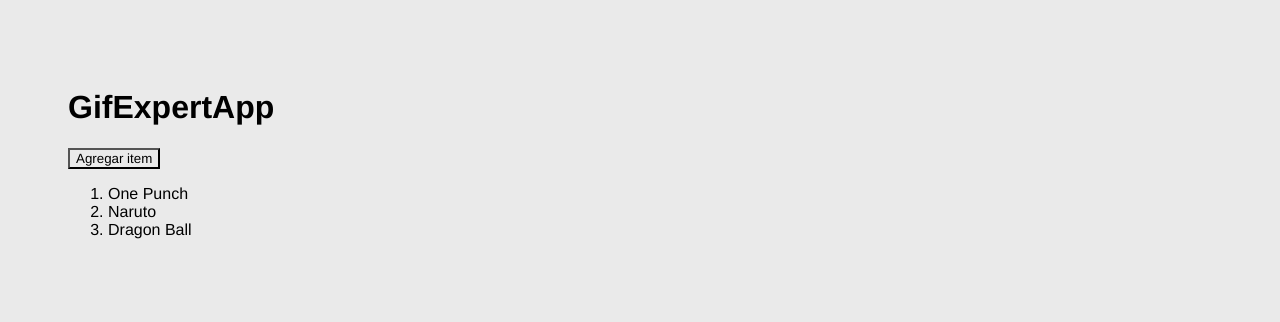
Repository: AlanColliDev/CursoReact
Page: /
An editor plug-in stored every save of this project. The page is shown before and after the next save, followed by the edit.
The browser window is 1280 px wide. The pictures show the whole page.
The project was rebuilt for these pictures with package versions that can differ from the ones it lists, and the page was loaded fresh each time. Also part of the build but not shown: vite.config.js.

Above is the page before, as saved 2022-07-07 00:50:38.

After the next save:
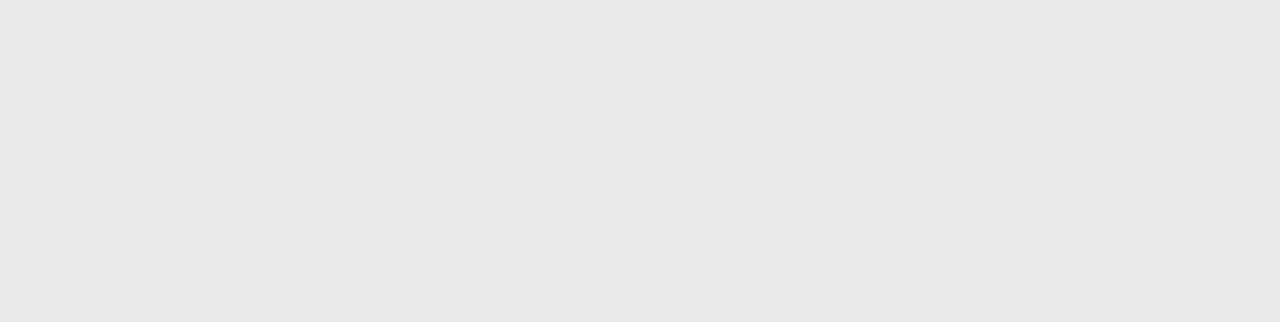
Console error: ReferenceError: AddCategory is not defined
Saved 49 s later.
--- a/src/GifExpertApp.jsx
+++ b/src/GifExpertApp.jsx
@@ -15,6 +15,7 @@
       <h1>GifExpertApp</h1>
 
       {/* Input de Buscador */}
+      <AddCategory></AddCategory>
 
       {/* Lista de Gif Item */}
       <button onClick={OnAddCategory}>Agregar item</button>

After the save that followed:
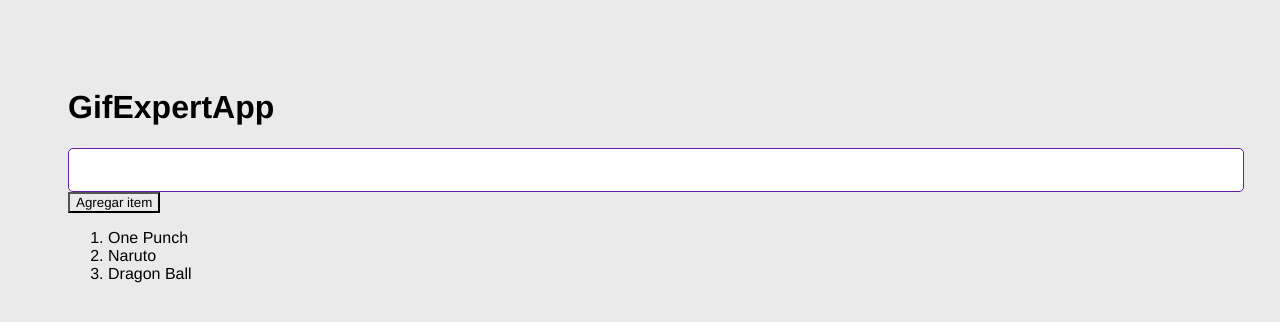
The error is gone.
Saved 21 s later.
--- a/src/GifExpertApp.jsx
+++ b/src/GifExpertApp.jsx
@@ -1,3 +1,4 @@
+import { AddCategory } from './AddCategory';
 import { useState } from 'react';
 /**Se le pone el JSX porque no es unicamente un archivo JS, ya que en su interior contendrá un functional component */
 // import React from 'react' --despues de la v17 de react ya no es necesario estarlo importando en cada file
